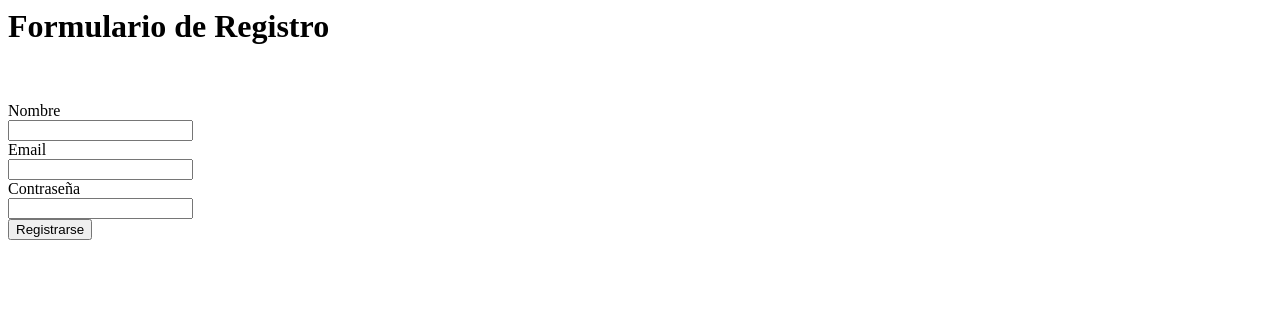
Repository: Oventura19/ejercicios-express-mongo
Page: http://localhost/register
An editor plug-in stored every save of this project. The page is shown before and after the next save, followed by the edit.
The browser window is 1280 px wide. The pictures show the whole page.
The page is served by the project's Node server (app.js).

Above is the page before, as saved 2019-09-19 19:12:37.

### app.js
var express = require('express');
var mongoose = require("mongoose");
var bodyParser = require('body-parser');

var app = express();

mongoose.connect(process.env.MONGODB_URL || 'mongodb://localhost:27017/register', { useNewUrlParser: true, useUnifiedTopology: true });
mongoose.connection.on("error", function(e) { console.error(e); });

var schema = mongoose.Schema({
    name: { type: String, default: "" },
    email: { type: String, default: "" },
    password: { type: String, default: "" }
});

var Visitor = mongoose.model("Visitor", schema);

app.use(bodyParser.urlencoded({ extended: true }));

app.get('/', function(req, res) {
    res.send('tablayboton');
});

app.get('/register', function(req, res) {
    res.send('<h1>Formulario de Registro</h1><br><form action="/register" method="post"><br>Nombre<br><label for="username"> <input type="text" id="name" name="name"><br>Email<br><label for="email"> <input type="text" id="email" email="email"><br>Contraseña<br><label for="password"> <input type="text" id="password" password="password"><br><button type="submit">Registrarse</button></form>');
});

app.post('/register', function(req, res) {
    let registro = {
        name: req.body.name,
        email: req.body.email,
        password: req.body.password
    };
    res.send('/register');
});







app.listen(3000, () => console.log('Listening on port 3000!'));

















/*
const express = require('express');
const app = express();

var mongoose = require("mongoose");

mongoose.connect(process.env.MONGODB_URL || 'mongodb://localhost:27017/mongo-1', { useNewUrlParser: true, useUnifiedTopology: true });
mongoose.connection.on("error", function(e) { console.error(e); });

var schema = mongoose.Schema({
    count: { type: Number, default: 1 },
    name: { type: String, default: "Anónimo" }
});

var Visitor = mongoose.model("Visitor", schema);

app.get('/', function(req, res) {
    var tagId = req.query.name ? req.query.name : "Anónimo";
    Visitor.findOne({ name: tagId }, function(err, visitor) {
        if (!visitor) {
            var first = new Visitor({ name: tagId });
            first.save(function(err) {
                if (err) { return console.error(err) };
                Visitor.find({}, function(err, visits) {
                    if (err) { return console.error(err) }
                    let i = "";
                    visits.forEach(element => {
                        i += "<tr><td>" + element._id + "</td>";
                        i += "<td>" + element.name + "</td>";
                        i += "<td>" + element.count + "</td></tr>";
                    });
                    i = "<table><thead><th>Id</th><th>Name</th><th>Visits</th></thead><tbody>" + i + "</tbody></table>";
                    res.send(i);

                });
            });
        } else {
            visitor.count += 1;
            visitor.save(function(err) {
                if (err) return console.log(err);
                Visitor.find({}, function(err, visits) {
                    if (err) { return console.error(err) }
                    let i = "";
                    visits.forEach(element => {
                        i += "<tr><td>" + element._id + "</td>";
                        i += "<td>" + element.name + "</td>";
                        i += "<td>" + element.count + "</td></tr>";
                    });
                    i = "<table><thead><th>Id</th><th>Name</th><th>Visits</td></thead><tbody>" + i + "</tbody></table>";
                    res.send(i);

                });
            });
        }
    });

});

app.listen(3000, () => console.log('Listening on port 3000!'));*/

After the next save:
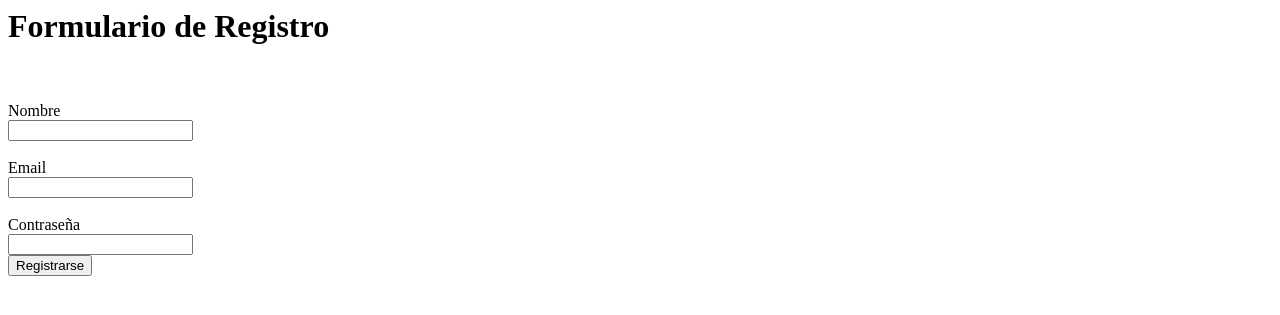
Saved 32 s later.
--- a/app.js
+++ b/app.js
@@ -22,7 +22,7 @@ app.get('/', function(req, res) {
 });
 
 app.get('/register', function(req, res) {
-    res.send('<h1>Formulario de Registro</h1><br><form action="/register" method="post"><br>Nombre<br><label for="username"> <input type="text" id="name" name="name"><br>Email<br><label for="email"> <input type="text" id="email" email="email"><br>Contraseña<br><label for="password"> <input type="text" id="password" password="password"><br><button type="submit">Registrarse</button></form>');
+    res.send('<h1>Formulario de Registro</h1><br><form action="/register" method="post"><br>Nombre<br><label for="username"> <input type="text" id="name" name="name"><br><br>Email<br><label for="email"> <input type="text" id="email" email="email"><br><br>Contraseña<br><label for="password"> <input type="text" id="password" password="password"><br><button type="submit">Registrarse</button></form>');
 });
 
 app.post('/register', function(req, res) {
